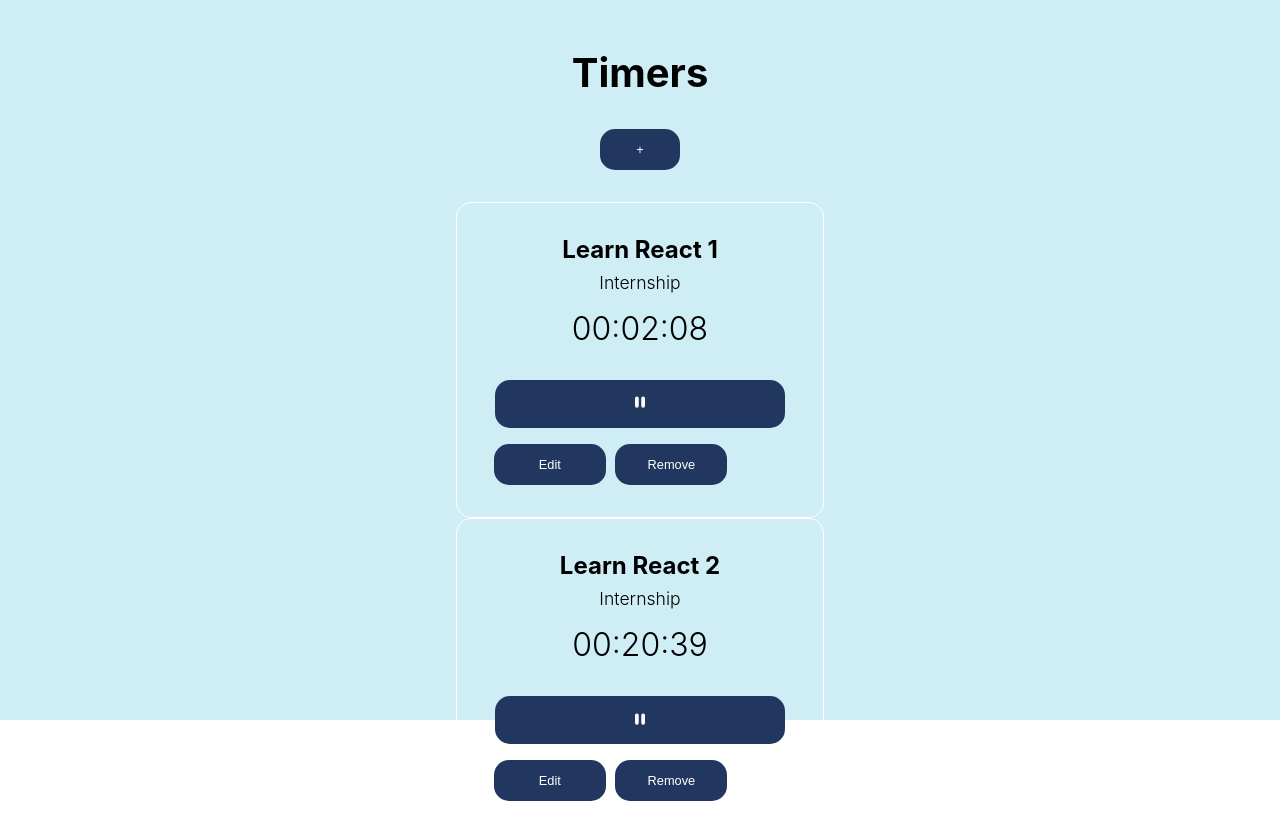
Repository: dqhuy153/react-timer
Page: /
An editor plug-in stored every save of this project. The page is shown before and after the next save, followed by the edit.
The browser window is 1280 px wide. The pictures show the whole page.
The project was rebuilt for these pictures with package versions that can differ from the ones it lists, and the page was loaded fresh each time. Also part of the build but not shown: src/components/TimerForm/TimerForm.module.scss, src/components/TimerForm/index.jsx.

Above is the page before, as saved 2021-10-26 17:43:56.

### src/index.css
* {
  padding: 0;
  margin: 0;
  box-sizing: border-box;
}

body {
  margin: 0;
  font-family: -apple-system, BlinkMacSystemFont, 'Segoe UI', 'Roboto', 'Oxygen',
    'Ubuntu', 'Cantarell', 'Fira Sans', 'Droid Sans', 'Helvetica Neue',
    sans-serif;
  -webkit-font-smoothing: antialiased;
  -moz-osx-font-smoothing: grayscale;

  font-size: 62.5%;
}

code {
  font-family: source-code-pro, Menlo, Monaco, Consolas, 'Courier New',
    monospace;
}

### src/App.js
import { useEffect, useRef, useState } from 'react';
import './App.scss';

import EditableTimerForm from './components/EditableTimerForm';
import ToggleableTimerForm from './components/ToggeableTimerForm';
import { newTimer } from './utils/TimerUtils';

function App() {
  const timerRef = useRef();
  const [timers, setTimers] = useState([
    {
      id: 1,
      title: 'Learn React 1',
      project: 'Internship',
      time: 123454,
      isRunning: true,
    },
    {
      id: 2,
      title: 'Learn React 2',
      project: 'Internship',
      time: 1234545,
      isRunning: true,
    },
  ]);

  const handleUpdateTimer = (data) => {
    let newTimers;

    //if has no id, create a new one
    if (!data.id) {
      newTimers = [
        newTimer({
          title: data.title,
          project: data.project,
        }),
        ...timers,
      ];
    }
    //update existing timer
    else {
      newTimers = timers.map((timer, idx) => {
        if (timer.id === data.id) {
          return {
            ...timer,
            title: data.title,
            project: data.project,
          };
        }

        return timer;
      });
    }

    setTimers(newTimers);
  };

  useEffect(() => {
    clearTimeout(timerRef.current);

    timerRef.current = setTimeout(() => {
      const newTimers = timers.map((timer, idx) => {
        if (timer.isRunning)
          return {
            ...timer,
            time: timer.time + 1000,
          };

        return timer;
      });

      setTimers(newTimers);
    }, 1000);
  }, [timers]);

  return (
    <div className="App">
      <div className="body">
        <h1>Timers</h1>

        <ToggleableTimerForm onUpdate={handleUpdateTimer} />

        {timers.map((timer) => {
          return (
            <EditableTimerForm
              key={timer.id}
              id={timer.id}
              title={timer.title}
              project={timer.project}
              timer={timer.time}
              isRunning={timer.isRunning}
            />
          );
        })}
      </div>
    </div>
  );
}

export default App;

### src/App.scss
.App {
  background: #ceedf5;
}

.body {
  display: flex;
  justify-content: flex-start;
  align-items: center;
  flex-direction: column;
  padding: 3rem 0;
  height: 100vh;

  h1 {
    font-size: 2.5rem;
  }
}

### src/components/EditableTimerForm/index.jsx
import React, { useState } from 'react';
import Timer from '../Timer';
import TimerForm from '../TimerForm';

import styles from './EditableTimerForm.module.scss';

const EditableTimerForm = ({
  id,
  title,
  project,
  timer,
  isRunning,
  onUpdate,
  onRemove,
  onTimerClick,
}) => {
  const [isEdit, setIsEdit] = useState(false);

  const handleOpenEdit = () => {
    setIsEdit(true);
  };

  const handleCloseEdit = () => {
    setIsEdit(false);
  };

  const handleUpdate = (data) => {
    onUpdate(data);
    handleOpenEdit();
  };

  const content = isEdit ? (
    <TimerForm
      id={id}
      title={title}
      project={project}
      timer={timer}
      onCancel={handleCloseEdit}
      onUpdate={handleUpdate}
    />
  ) : (
    <Timer
      id={id}
      title={title}
      project={project}
      timer={timer}
      isRunning={isRunning}
      onEdit={handleOpenEdit}
      onRemove={onRemove}
      onTimerClick={onTimerClick}
    />
  );

  return <div className={styles.container}>{content}</div>;
};

export default EditableTimerForm;

### src/components/ToggeableTimerForm/index.jsx
import { useState } from 'react';
import Button from '../Button';
import TimerForm from '../TimerForm';

import styles from './ToggleableTimerForm.module.scss';

const ToggleableTimerForm = ({ onUpdate, ...props }) => {
  const [isOpen, setIsOpen] = useState(false);

  const handleOpenForm = () => {
    setIsOpen(true);
  };

  const handleCloseForm = () => {
    setIsOpen(false);
  };

  const handleUpdate = (data) => {
    onUpdate(data);
    handleCloseForm();
  };

  const content = isOpen ? (
    <TimerForm onCancel={handleCloseForm} onUpdate={handleUpdate} />
  ) : (
    <Button onClick={handleOpenForm}>+</Button>
  );

  return <div className={styles.container}>{content}</div>;
};

export default ToggleableTimerForm;

### src/utils/TimerUtils.js
import { v4 as uuidv4 } from 'uuid';

export const millisecondsToHuman = (ms) => {
  const seconds = Math.floor((ms / 1000) % 60);
  const minutes = Math.floor((ms / 1000 / 60) % 60);
  const hours = Math.floor(ms / 1000 / 60 / 60);

  const humanized = [
    pad(hours.toString(), 2),
    pad(minutes.toString(), 2),
    pad(seconds.toString(), 2),
  ].join(':');

  return humanized;
};

const pad = (numberString, size) => {
  let padded = numberString;
  while (padded.length < size) {
    padded = `0${padded}`;
  }
  return padded;
};

export const newTimer = (attrs = {}) => {
  const timer = {
    title: attrs.title || 'Timer',
    project: attrs.project || 'Project',
    id: uuidv4(),
    time: 0,
    isRunning: false,
  };

  return timer;
};

### src/components/Timer/index.jsx
import React from 'react';
import { BsPauseFill, BsPlayFill } from 'react-icons/bs';

import { millisecondsToHuman } from '../../utils/TimerUtils';
import Button from '../Button';
import styles from './Timer.module.scss';

const Timer = ({
  title,
  project,
  timer,
  isRunning,
  onEdit,
  onRemove,
  onTimerClick,
}) => {
  const buttonLabel = isRunning ? (
    <BsPauseFill size={20} />
  ) : (
    <BsPlayFill size={20} />
  );

  return (
    <div className={styles.container}>
      <h2>{title}</h2>
      <p>{project}</p>
      <p className={styles.timer}>{millisecondsToHuman(timer)}</p>
      <Button className={styles.timer_btn} onClick={onTimerClick}>
        {buttonLabel}
      </Button>
      <div className={styles.btn_container}>
        <Button className={styles.btn} onClick={onEdit}>
          Edit
        </Button>
        <Button className={styles.btn} onClick={onRemove}>
          Remove
        </Button>
      </div>
    </div>
  );
};

export default Timer;

### src/components/EditableTimerForm/EditableTimerForm.module.scss
.container {
  transition: all 0.2s linear;
  border: 1px solid #fff;
  padding: 2rem;
  border-radius: 15px;
  width: 23rem;
  height: 23rem;

  &:hover {
    box-shadow: rgba(100, 100, 111, 0.2) 0px 7px 29px 0px;
    background: #ffffff;
  }
}

### src/components/Button/index.jsx
import React from 'react';

import styles from './Button.module.scss';

const Button = ({
  children,
  onClick,
  className,
  bgColor = '#22375f',
  color = '#fff',
  hoverColor = '#22375f',
  hoverBgColor = '#fff',
  ...rest
}) => {
  return (
    <button
      style={{
        '--bg-color': bgColor,
        '--color': color,
        '--hover-color': hoverColor,
        '--hover-bg-color': hoverBgColor,
      }}
      className={`${styles.container} ${className}`}
      onClick={onClick}
      children={children}
      {...rest}
    ></button>
  );
};

export default Button;

### src/components/ToggeableTimerForm/ToggleableTimerForm.module.scss
.container {
  margin: 2rem;
}

### src/components/Timer/Timer.module.scss
.container {
  text-align: center;

  h2 {
    font-size: 1.5rem;
    margin-bottom: 0.5rem;
  }
  p {
    font-size: 1.1rem;
    font-weight: 300;
    margin-bottom: 1rem;
  }

  .timer {
    font-size: 2rem;
  }

  .btn_container {
    display: flex;

    .btn {
      margin: 0 0.3rem;
      min-width: 7rem;
    }
  }

  .timer_btn {
    width: 96%;
    margin: 1rem auto;
  }
}

### src/components/Button/Button.module.scss
.container {
  padding: 0.8rem 2rem;
  min-width: 5rem;
  border: none;
  color: var(--color);
  border-radius: 15px;
  background: var(--bg-color);
  font-size: 0.8rem;
  cursor: pointer;
  transition: all 0.2s linear;

  &:hover {
    box-shadow: rgba(100, 100, 111, 0.3) 0px 7px 29px 0px;
    background: var(--hover-bg-color);
    color: var(--hover-color);
    font-weight: bold;
  }

  &:active {
    transform: translateY(2px);
  }
}

Loaded but not shown: public/index.html (common file); src/index.js (common file); src/reportWebVitals.js (common file)

After the next save:
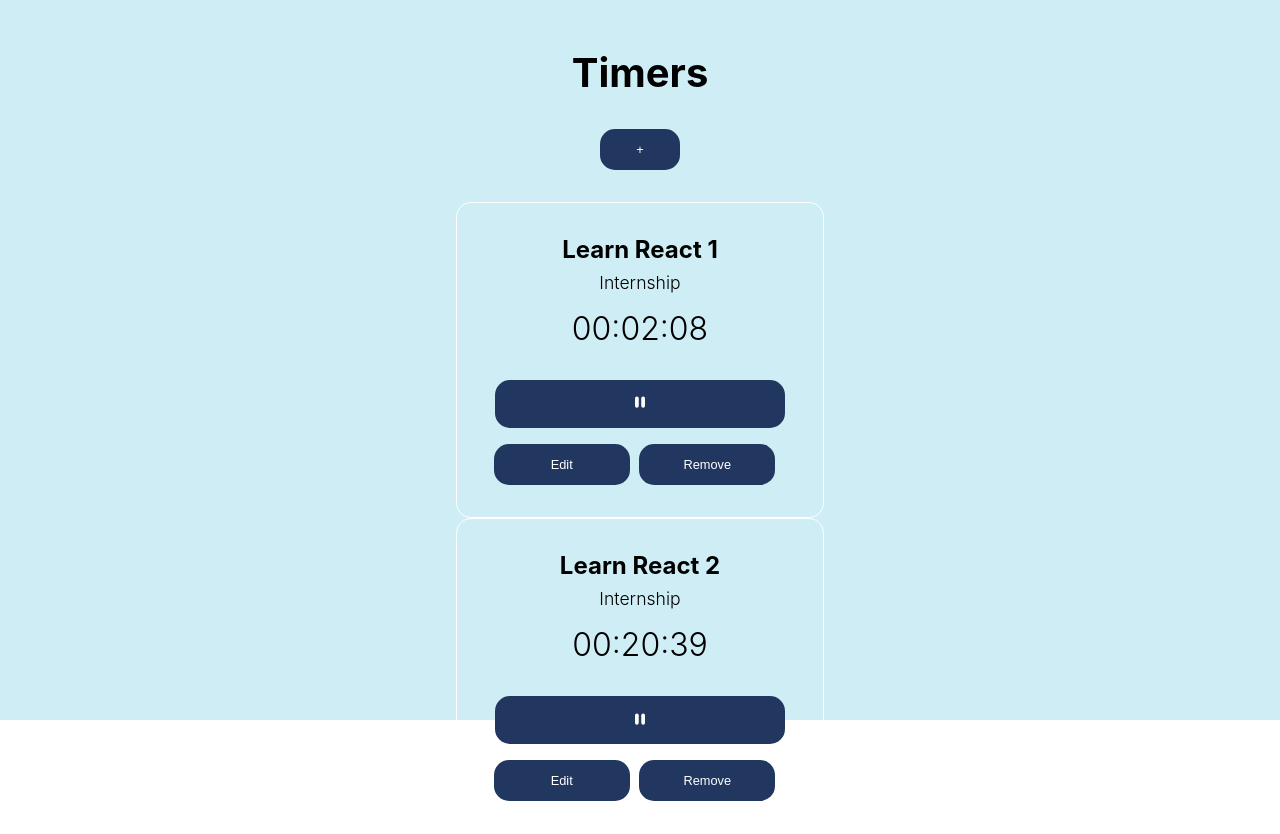
Saved 9 s later.
--- a/src/components/Timer/Timer.module.scss
+++ b/src/components/Timer/Timer.module.scss
@@ -20,7 +20,7 @@
 
     .btn {
       margin: 0 0.3rem;
-      min-width: 7rem;
+      width: 45%;
     }
   }
 
